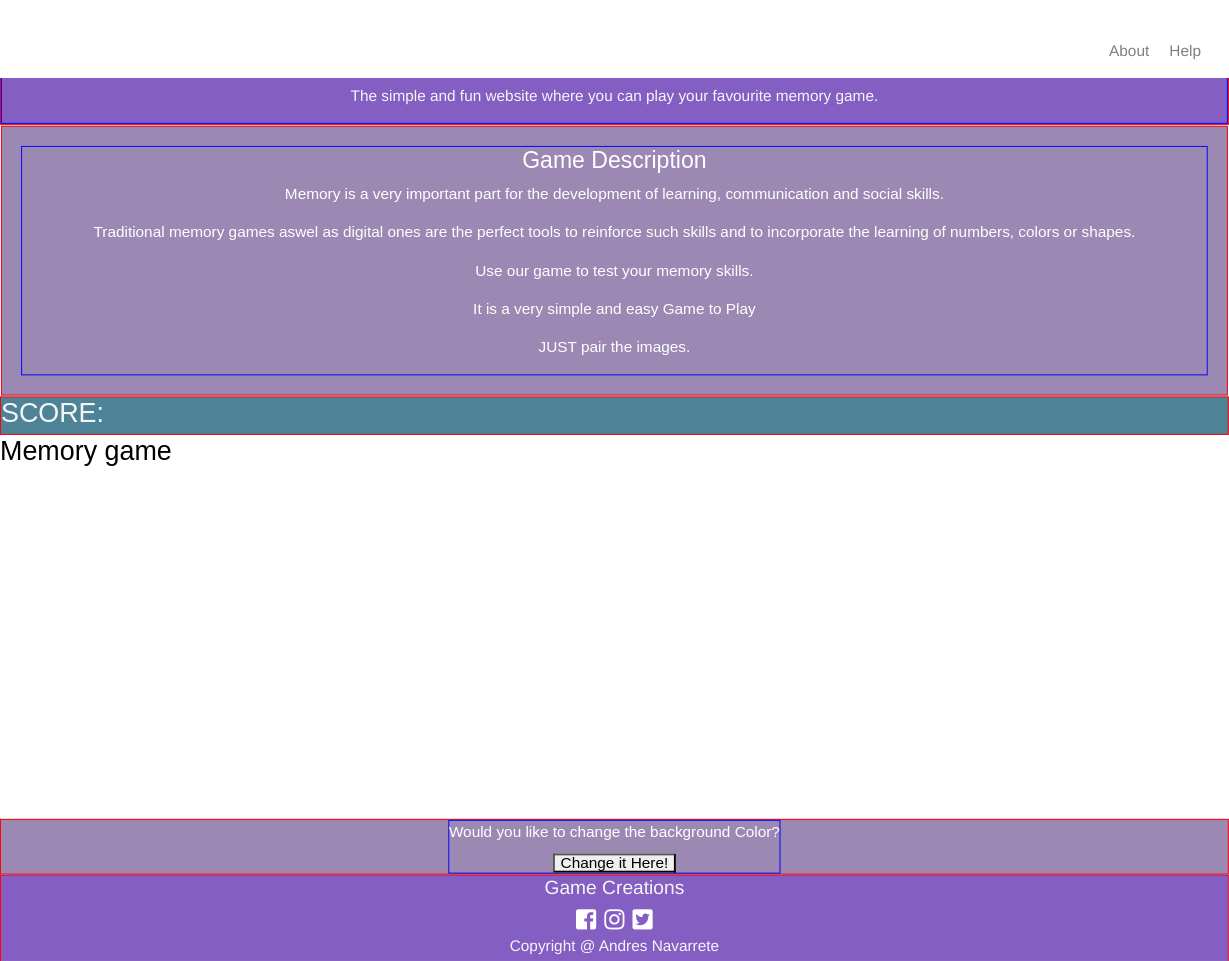
Repository: andna5980/memorise
Page: index.html
These files come from the project's save history. The page is drawn as it stood at one moment and after the next save; the edit follows.
The browser window is 1280 px wide. The pictures show the whole page, at 96% of full size.
Some web fonts or font styles are not loaded; a fallback is used. Some web libraries are served in a nearby version.

Above is the page before, as saved 2021-05-11 14:30:42.
Console error: SyntaxError: Unexpected end of input

### index.html
<!DOCTYPE html>
<html lang="en">

<head>
    <meta charset="UTF-8">
    <meta http-equiv="X-UA-Compatible" content="IE=edge">
    <meta name="viewport" content="width=device-width, initial-scale=1.0">
    <meta name="author" content="Andres Navarrete">
    <meta name="description" content="Web-based Memory Game">
    <title>MEMORISE | GAME</title>
    <link rel="stylesheet" href="https://cdn.jsdelivr.net/npm/bootstrap@4.5.3/dist/css/bootstrap.min.css"
        integrity="sha384-TX8t27EcRE3e/ihU7zmQxVncDAy5uIKz4rEkgIXeMed4M0jlfIDPvg6uqKI2xXr2" crossorigin="anonymous">
    <link rel="stylesheet" href="https://use.fontawesome.com/releases/v5.6.3/css/all.css"
        integrity="sha384-UHRtZLI+pbxtHCWp1t77Bi1L4ZtiqrqD80Kn4Z8NTSRyMA2Fd33n5dQ8lWUE00s/" crossorigin="anonymous">
    <link href="./assets/styles/style.css" rel="stylesheet">

</head>

<body>
    <header>
        <nav class="navbar navbar-expand-md navbar-light fixed-top navbar-bg">
            <a class="navbar-brand" href="index.html"></a>
            <button class="navbar-toggler" type="button" data-toggle="collapse" data-target="#navbarNav"
                aria-controls="navbarNav" aria-expanded="false" aria-label="Toggle navigation">
                <span class="navbar-toggler-icon"></span>
            </button>
            <div class="collapse navbar-collapse menu-items" id="navbarNav">
                <ul class="navbar-nav">
                    <li class="nav-item active">
                        <a class="nav-link" href="index.html">Home</a>
                    </li>
                    <li class="nav-item">
                        <a class="nav-link" href="about.html">About</a>
                    </li>
                    <li class="nav-item">
                        <a class="nav-link" href="help.html">Help</a>
                    </li>
                </ul>
            </div>
        </nav>

        <div class="test-red">
            <div class="welcome-test test-blue">
                <h1>Memorise!</h1>
                <p>
                    The simple and fun website where you can play your favourite memory game.
                </p>

            </div>
        </div>
    </header>


    <div class="game-description test-red">
        <div class="test-blue">
            <h4>Game Description</h4>
            <p>
                Memory is a very important part for the development of learning, communication and social skills.
            </p>
            <p>Traditional memory games aswel as digital ones are the perfect tools to reinforce such skills and to
                incorporate the learning of numbers, colors or shapes.</p>
            Use our game to test your memory skills.
            </p>
            <p>It is a very simple and easy Game to Play</p>
            <p> JUST pair the images. </p>
        </div>
    </div>


    <!---------GAME AREA ----->
    <div id="game-box"  class="game-area test-red">
        <div class="game-area-box">
            <!---- <button id="letsplay">Lets Play!</button> -->
            <h3>SCORE:<span id="result"></span></h3>
            <!--<img src="assets/images/lego.png" alt="batman face"> -->
        </div>
    </div>

    <!--------- SCORE GAME AREA  *****TESTING *****----->
    <div class="grid">
        <h3 style="color: black;">Memory game </h3>
    </div>

    <!---------CHANGE COLOR AREA ----->

    <div class="change-color test-red">

        <div class="test-blue">
            <p>Would you like to change the background Color?</p>
            <button id="changecolor">Change it Here!</button>
        </div>
    </div>


    <!---------FOOTER AREA ----->
    <footer>
        <div class="social-networks test-red">
            <h5>Game Creations</h5>

            <a href="http://facebook.com" target="_blank"><i class="fab fa-facebook-square"></i></a>

            <a href="http://instagram.com" target="_blank"><i class="fab fa-instagram"></i></a>

            <a href="http://twitter.com" target="_blank"><i class="fab fa-twitter-square"></i></a>

            <h6>Copyright @ Andres Navarrete</h6>
        </div>
    </footer>

    <script src="./assets/js/main.js"></script>
</body>

</html>

### assets/styles/style.css
@import url('https://fonts.googleapis.com/css2?family=Amatic+SC&family=Original+Surfer&display=swap');
body {
    font-family: Arial, Helvetica, sans-serif;
    color: whitesmoke;
    max-width: 2000px;
}

header {
    font-family: Original Surfer, Amatic, Helvetica;
    color: whitesmoke;
    background-color: #845EC2;
}

/* ----- ROWS AND COLUMM AREAS - TESTING -----*/

.test-red {
    border: 1px solid red
}

.test-blue {
    border: 1px solid blue;
}

/*------------------------------------------HEADER------------------------*/

.welcome-test {
    text-align: center;
    margin-top: 25px 0;
    padding-top: 30px;
}

.navbar-brand {
    font-family: Original Surfer, Amatic, Helvetica;
    /*font-size: 100%;*/
    margin-left: 20px;
    margin-top: 20px;
}

.navbar-light .navbar-brand {
    color: white;
}

.navbar-light .navbar-nav .active>.nav-link, .navbar-light .navbar-nav .nav-link.active, .navbar-light .navbar-nav .nav-link.show, .navbar-light .navbar-nav .show>.nav-link {
    color: white;
}


.fixed-top{
    position: fixed;
    z-index: 10;
}

.navbar-bg{
    background: white;
}


.menu-items{
    justify-content: flex-end;
}


.navbar-nav li a {
    margin-top: 25px;
    color: white;
    text-align: right;
    margin-right: 5px;
}

.navbar-toggler {
    border: 2px solid white;
    color: white;
}




/*----------------------------------CHANGE BACKGROUND COLOR AREA -----------------------*/

.change-color {
    background-color: #9B89B3;
    display: flex;
    justify-content: center;
    align-items: center;
}

.change-color p {
    color: white;
    margin-bottom: 10px;
}

#changecolor {
    margin: auto;
    /*margin-left: 35%;*/
    height: 20px;
    display: flex;
    justify-content: center;
    align-items: center;
}

/*----------------------------------GAME DESCRIPTION -----------------------*/

.game-description {
    margin: 1px;
    padding: 20px;
    background-color: #9B89B3;
    color:white;
    text-align: center;
}

/*-------------------------------- SCORE GAME AREA--------------------------------*/

#game-box {
    background-color: #4E8397;
    height: 40px;
}

.game-area-box {
    height: 100px;

}

/*---------GAME AREA *******TESTING ******-----*/

.grid {
    display: flex;
    flex-wrap: wrap;
    height: 400px;
    width: 400px;

}



/*--------------------------------FOOTER--------------------------------*/

footer {
    font-family: Original Surfer, Amatic, Helvetica;
    color: whitesmoke;
    background-color: #845EC2;
    height: 90px;
    width: 100%;
    overflow: hidden;
}

.social-networks {
    text-align: center;
}

.social-networks a {
    color: white;
    margin: 1px;
    padding: 1px;
    display: inline-block;
    transition: all 0.35s ease-in-out;
    -moz-transition: all 0.35s ease-in-out;
    -webkit-transition: all 0.35s ease-in-out;
    -o-transition: all 0.35s ease-in-out;
}

.social-networks a i:hover {
    color: #F9F871;
}

.social-networks i {
    font-size: 150%;
}


/*----------------------- About - Page----------*/

### assets/js/main.js
//Colors array
//let colors = ['black','blue','yellow', 'white','brown'];

//get button
//let button = document.getElementById('changecolor');

//add Event for changing colors
//button.addEventListener('click', function(){

    //add random color
    //var randomColor = colors[Math.floor(Math.random() * colors.length)]
    //let container = document.getElementById('game-box')

  //  container.style.background = randomColor;
//})

//Card Options

document.addEventListener('DOMContentLoaded', () => {

  const cardArray = [
        {
            name: 'woman',
            img: 'images/wonderwoman.png'
        },
        {
            name: 'woman',
            img: 'images/wonderwoman.png'
        },
        {
            name: 'batman',
            img: 'images/batman.png'
        },
        {
            name: 'batman',
            img: 'images/batman.png'
        },
        {
            name: 'boxer',
            img: 'images/boxer.png'
        },
        {
            name: 'boxer',
            img: 'images/boxer.png'
        },
        {
            name: 'gadget',
            img: 'images/gadget.png'
        },
        {
            name: 'gadget',
            img: 'images/gadget.png'
        },
        {
            name: 'greenman',
            img: 'images/greenman.png'
        },
        {
            name: 'greenman',
            img: 'images/greenman.png'
        },
        {
            name: 'ninja',
            img: 'images/ninja.png'
        },
        {
            name: 'ninja',
            img: 'images/ninja.png'
        },

    ]


const grid = document.querySelector('.grid')

// Game Board
function createBoard() {
    for (let i = 0; i < cardArray.length; i++) {
        var card = document.createElement('img')
        card.setAttribute('src', 'images/lego.png')
        card.setAttribute('data-id', i)
        //card.addEventListener('click', flipcard)
        grid.appendChild(card)
    }
}



createBoard()

After the next save:
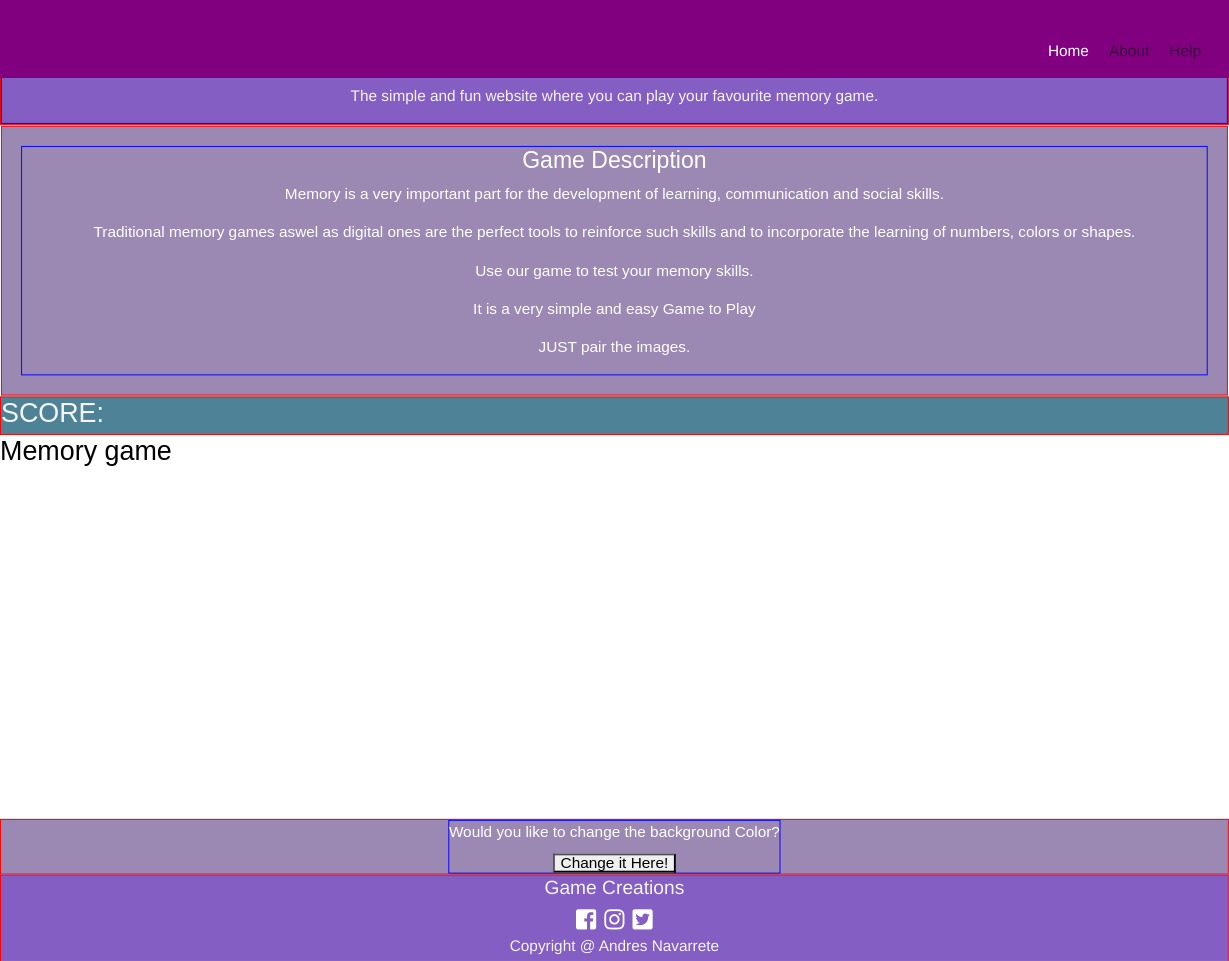
Saved 91 s later.
--- a/assets/styles/style.css
+++ b/assets/styles/style.css
@@ -51,7 +51,7 @@ header {
 }
 
 .navbar-bg{
-    background: white;
+    background: purple;
 }
 
 
